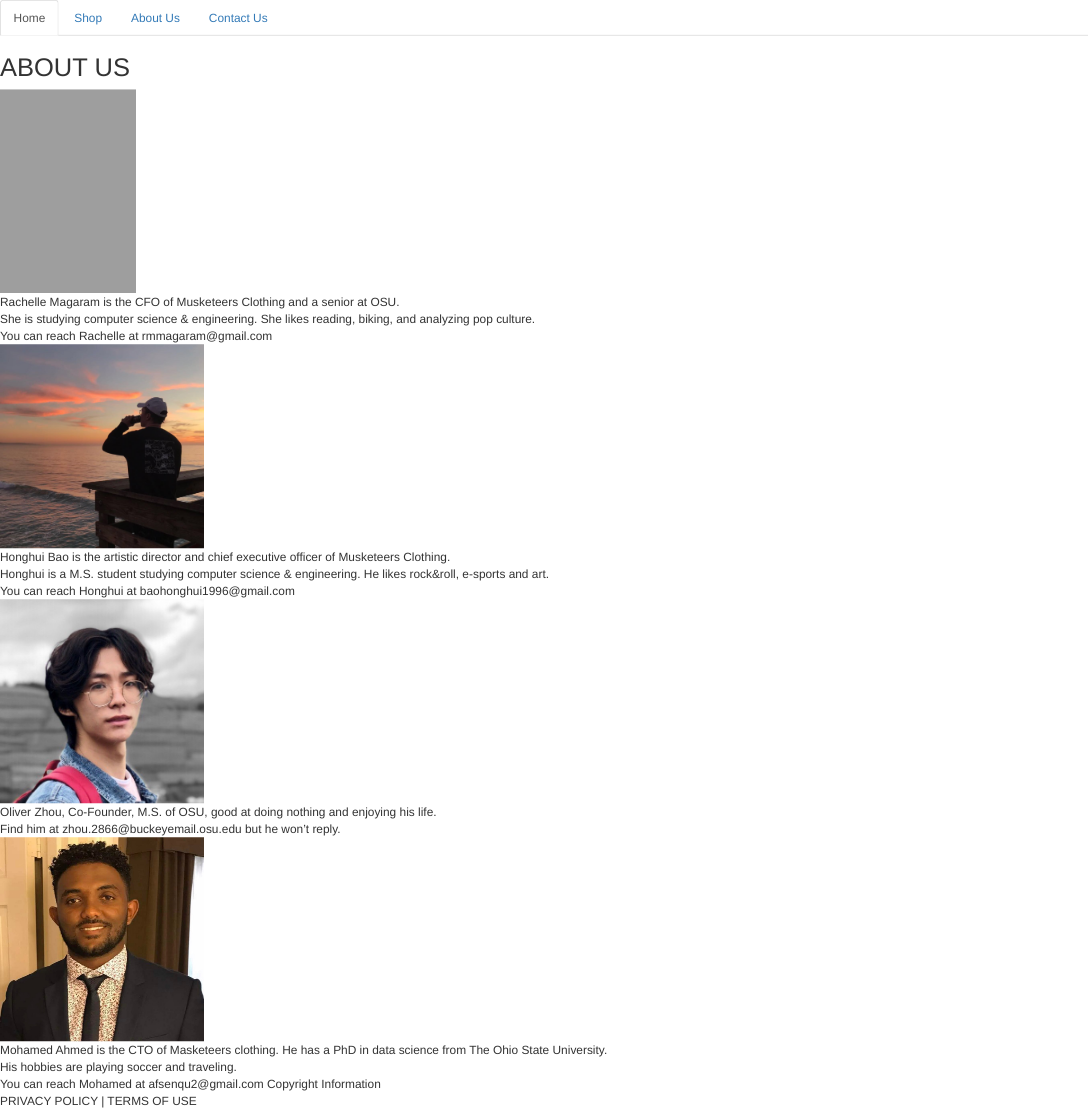
Repository: hamadanoor9/musketeers
Page: http://localhost/MusketeersClothing/WEB-INF/jsp/AboutUs.jsp
An editor plug-in stored every save of this project. The page is shown before and after the next save, followed by the edit.
The browser window is 1280 px wide. The pictures show the whole page, at 85% of full size.
Pictures or frames that could not be fetched are drawn as grey boxes. The page is served by Tomcat 9. Nobody is signed in. The template is opened directly, without the code that normally fills it, so the values that code supplies are empty.

Above is the page before, as saved 2019-10-07 01:49:27.

After the next save:
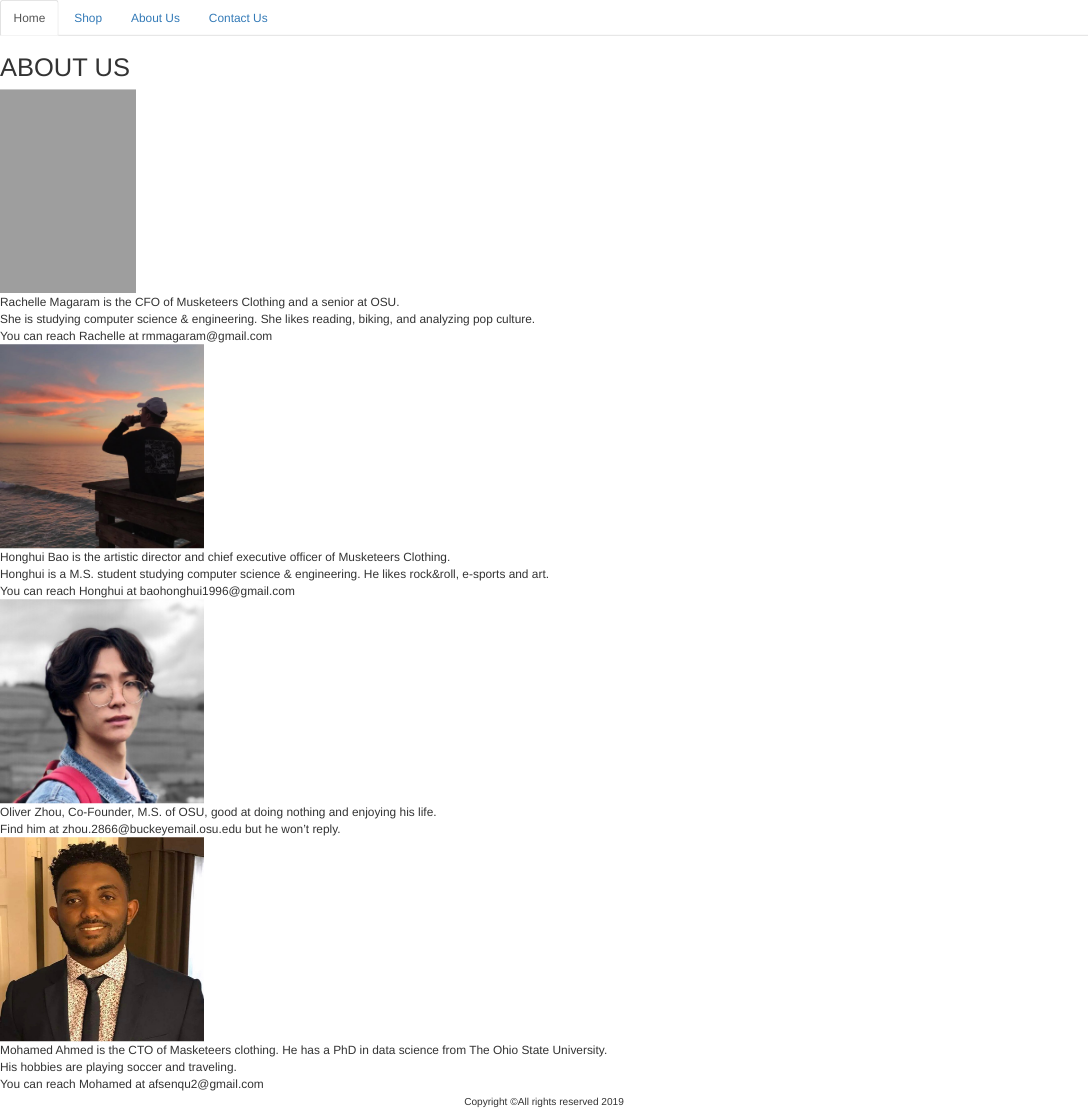
Saved 6 min 35 s later.
--- a/MusketeersClothing/WebContent/WEB-INF/jsp/Footer.jsp
+++ b/MusketeersClothing/WebContent/WEB-INF/jsp/Footer.jsp
@@ -1,7 +1,12 @@
 
-Copyright Information <br>
+<footer id="sticky-footer" class="py-4 bg-dark text-white-50">
+    <div class="container text-center">
+      <small>Copyright &copy;All rights reserved 2019</small>
+    </div>
+  </footer>
 
-PRIVACY POLICY | TERMS OF USE</body>
+
+
 
 <!-- jQuery (necessary for Bootstrap's JavaScript plugins) -->
     <script src="https://code.jquery.com/jquery-1.12.4.min.js" integrity="sha384-nvAa0+6Qg9clwYCGGPpDQLVpLNn0fRaROjHqs13t4Ggj3Ez50XnGQqc/r8MhnRDZ" crossorigin="anonymous"></script>
